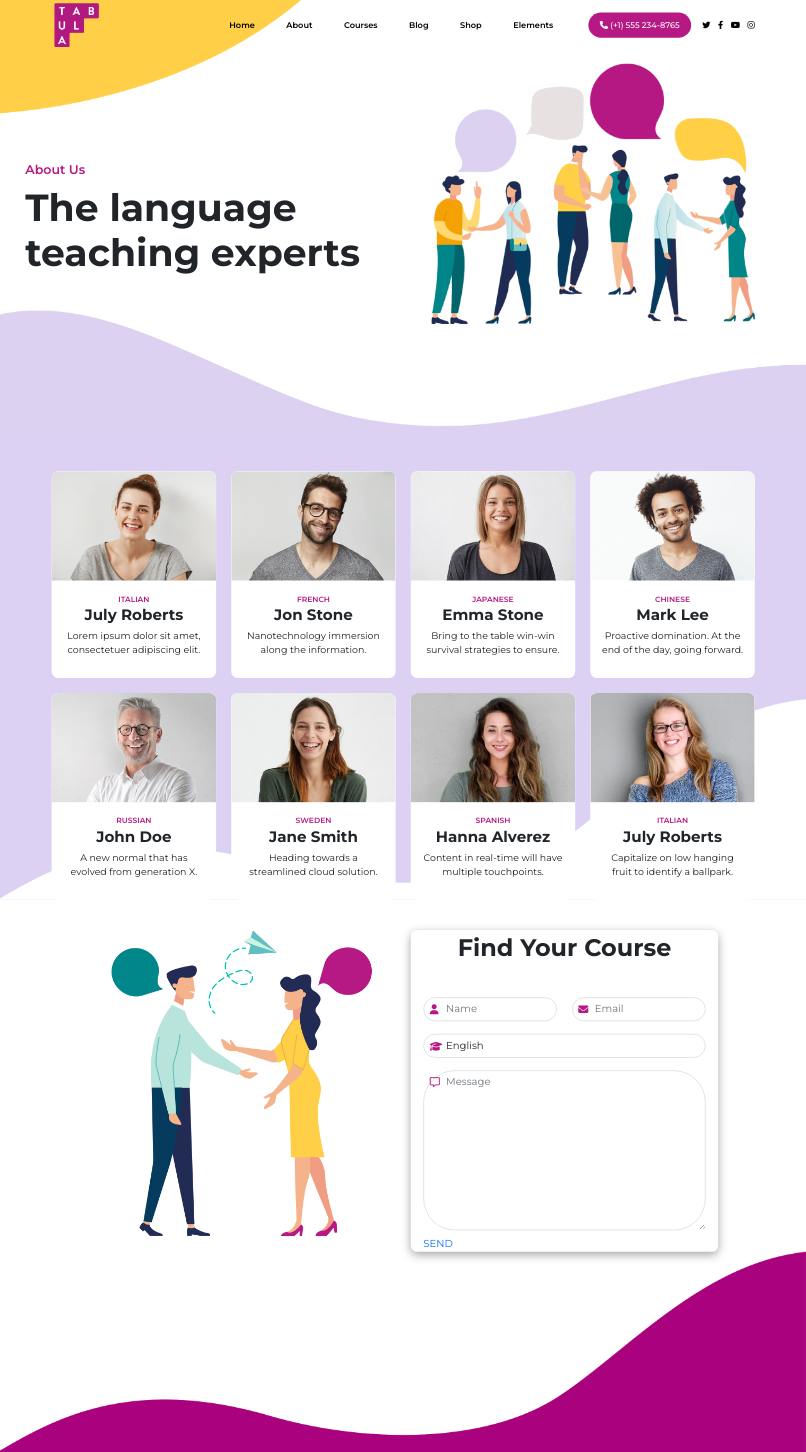
Repository: minhtrivu6199/tabula
Page: index.html
These files come from the project's save history. The page is drawn as it stood at one moment and after the next save; the edit follows.
The browser window is 1280 px wide. The pictures show the whole page, at 63% of full size.
Some web libraries are served in a nearby version. The style sheet was rebuilt from its Sass, Less or Tailwind sources for each picture, by a compiler version that may differ from the author's.

Above is the page before, as saved 2022-09-28 11:12:54.

After the next save:
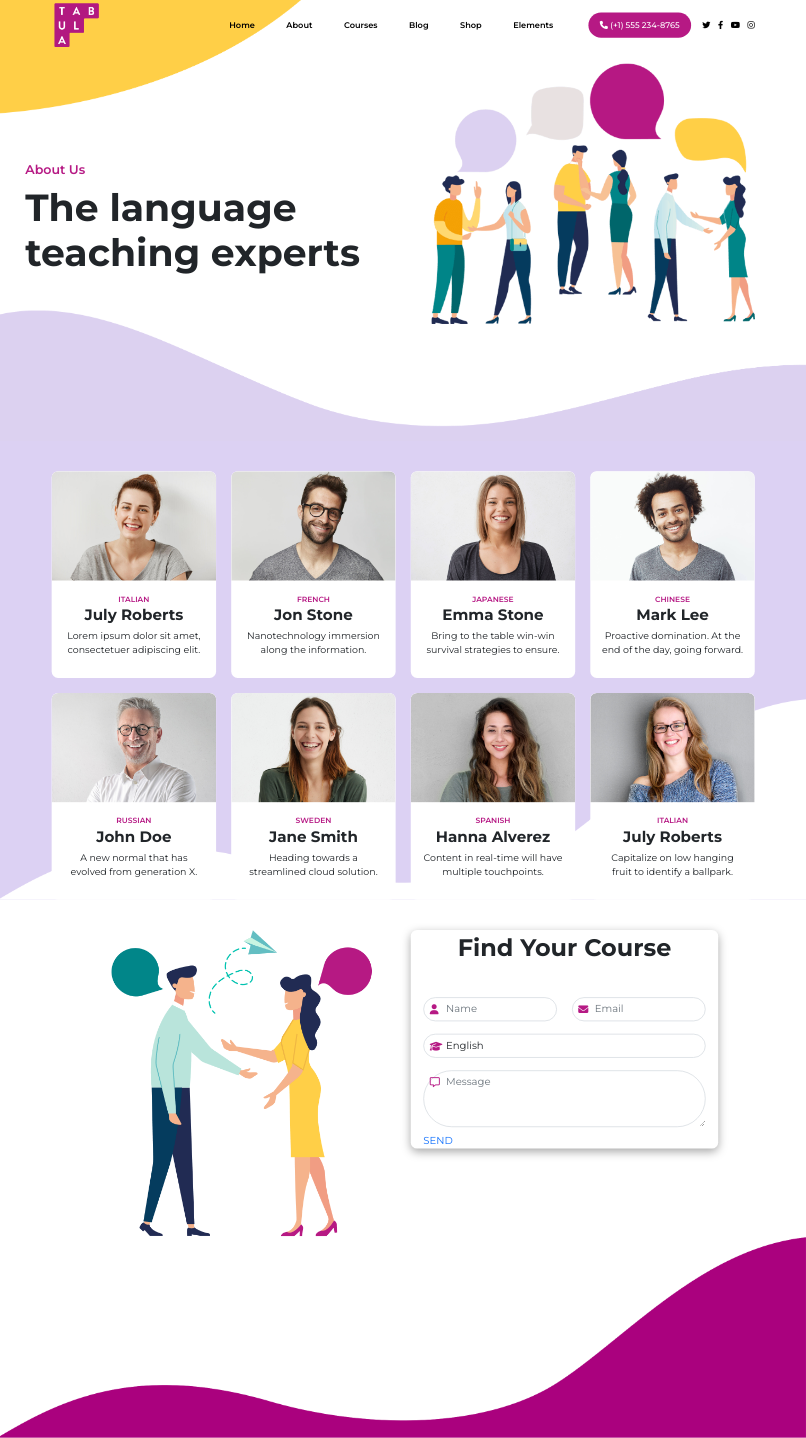
Saved 116 s later.
--- a/scss/style.scss
+++ b/scss/style.scss
@@ -301,6 +301,9 @@ img {
                             .row {
                                 .input-group {
                                     position: relative;
+                                    textarea {
+                                        height: 90px;
+                                    }
                                     .input-icon {
                                         position: absolute;
                                         top: 18px;
